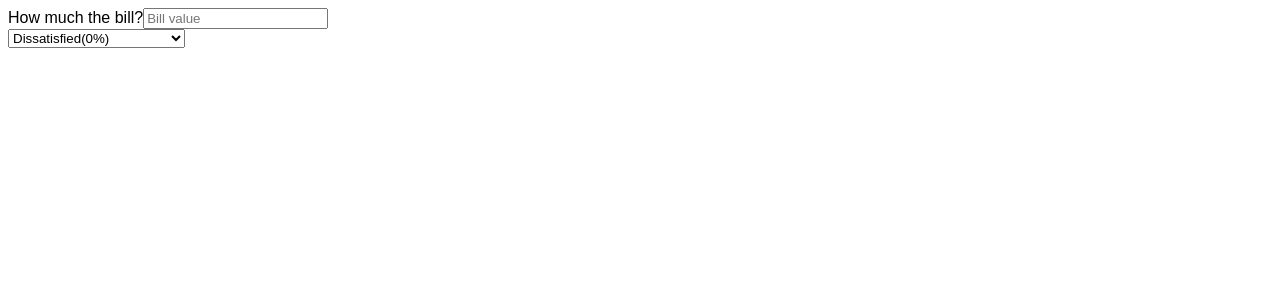
Repository: masamichan/Tip-Calculator
Page: /
An editor plug-in stored every save of this project. The page is shown before and after the next save, followed by the edit.
The browser window is 1280 px wide. The pictures show the whole page.
The project was rebuilt for these pictures with package versions that can differ from the ones it lists, and the page was loaded fresh each time.

Above is the page before, as saved 2024-01-25 09:59:49.

### src/App.js
import "./App.css";

export default function App() {
  return (
    <div>
      <TipCalculator />
    </div>
  );
}

function TipCalculator() {
  return (
    <div>
      <BillInput />
      <SelectPercentage>How did you like the service</SelectPercentage>
      <Output>How did your friend like the service</Output>
      <Reset />
    </div>
  );
}

function BillInput() {
  return (
    <div>
      <label>How much the bill?</label>
      <input type="text" placeholder="Bill value" />
    </div>
  );
}

function SelectPercentage() {
  return (
    <div>
      <select>
        <option value="0">Dissatisfied(0%)</option>
        <option value="5">It was okay(5%)</option>
        <option value="10">It was good</option>(10%)
        <option value="20">Absolutely amazing!(20%)</option>
      </select>
    </div>
  );
}

function Output() {}

function Reset() {}

Loaded but not shown: public/index.html (common file); src/index.js (common file); src/App.css (common file)

After the next save:
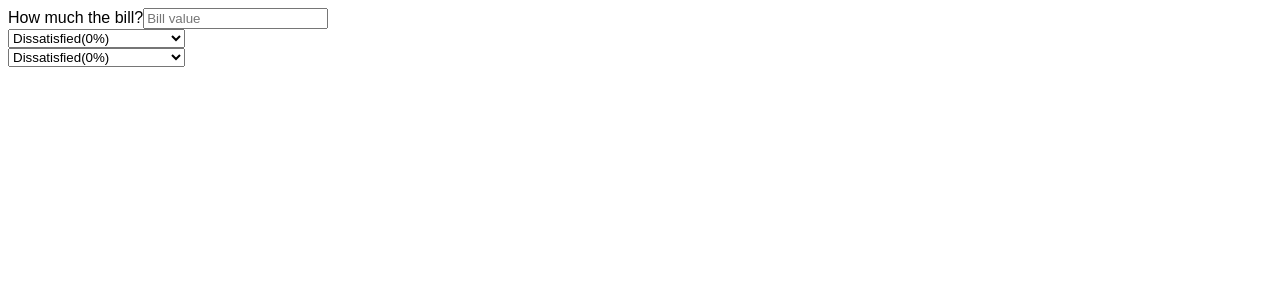
Saved 10 min 35 s later.
--- a/src/App.js
+++ b/src/App.js
@@ -13,7 +13,8 @@ function TipCalculator() {
     <div>
       <BillInput />
       <SelectPercentage>How did you like the service</SelectPercentage>
-      <Output>How did your friend like the service</Output>
+      <SelectPercentage>How did your friend like the service</SelectPercentage>
+      <Output></Output>
       <Reset />
     </div>
   );
